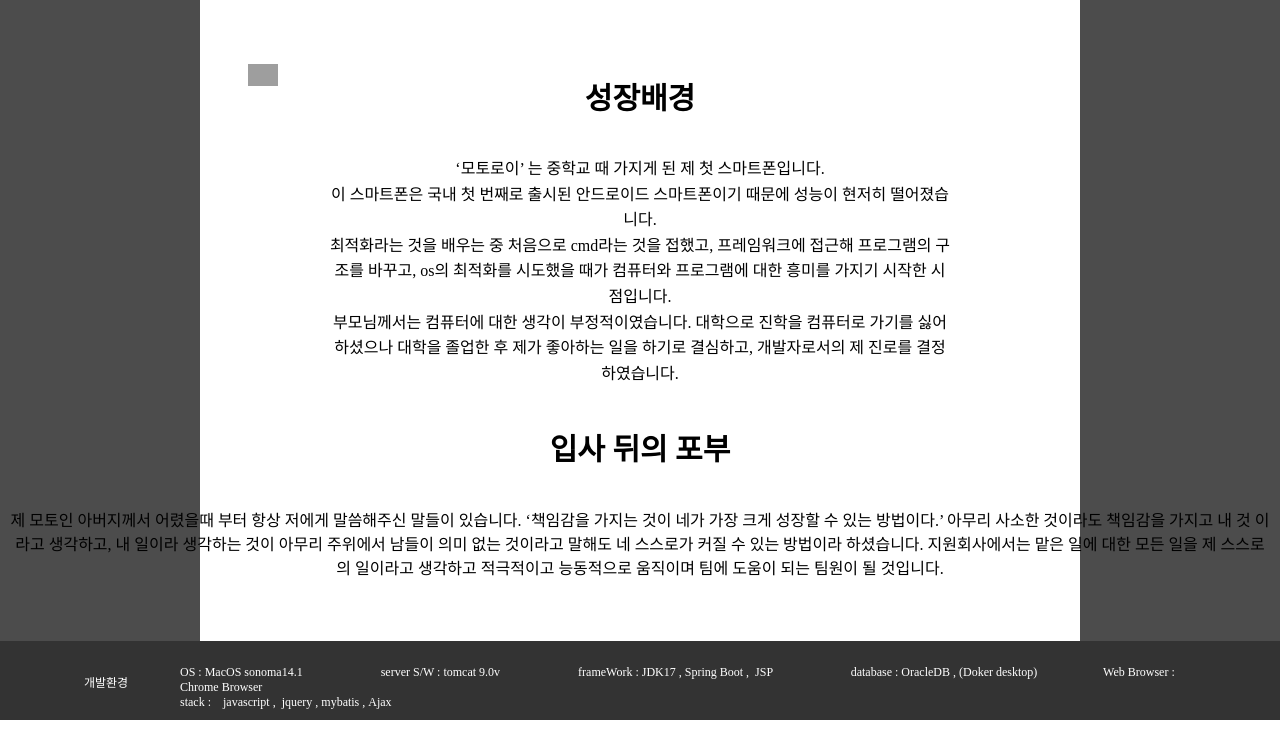
Repository: LeeHaNeul96/Leehaneul
Page: http://localhost/com.introduce/WEB-INF/views/more2.jsp
The author's editor kept a copy of each file at every save. The page is drawn from the files as they stood at one save, then again after the next save.
The browser window is 1280 px wide. The pictures show the whole page.
Pictures or frames that could not be fetched are drawn as grey boxes. The page is served by Tomcat 9. Nobody is signed in. The template is opened directly, without the code that normally fills it, so the values that code supplies are empty.

Above is the page before, as saved 2023-10-31 10:24:29.

### com.introduce/src/main/webapp/WEB-INF/views/more2.jsp
<%@ page language="java" contentType="text/html; charset=UTF-8"
    pageEncoding="UTF-8"%>
<!DOCTYPE html>
<html>
<head>
<meta charset="UTF-8">
<title>Insert title here</title>
<script src="https://code.jquery.com/jquery-3.6.0.min.js"></script>

<style type="text/css">
.footer {
	text-align: center;
	padding: 2em 0;
	background-color: #333;
	color: #fff;
	position: fixed;
	bottom: 0;
	left: 0; /* 왼쪽 위치를 0으로 설정합니다. */
	height: 15px;
	width: 100%;
	margin: 0; /* 마진을 0으로 설정합니다. */
}

.footer-dev {
	font-size: 12px;
	text-align: left;
	padding-left: 7em;
}

.footer-content {
	position: absolute; /* 절대 위치 설정 */
	top: 1em; /* 위쪽으로 1em 이동 */
	padding: 1em 8em; /* 양 옆 여백을 설정합니다. */
	height: 200px;
}

.container{
margin-top: 3em;
margin-bottom: 10em;

text-align: center;


}
.left-margin {
 background-color: rgba(0, 0, 0, 0.7); /* 알파 값을 조절하여 투명도 설정 */

    height: 100%;
    width: 200px; /* 원하는 너비로 조절하세요. */
    position: fixed;
    top: 0;
    left: 0;
    z-index: -1;
}

/* 오른쪽 여백 스타일 */
.right-margin {
 background-color: rgba(0, 0, 0, 0.7); /* 알파 값을 조절하여 투명도 설정 */
    height: 100%;
    width: 200px; /* 원하는 너비로 조절하세요. */
    position: fixed;
    top: 0;
    right: 0;
    z-index: -1;
}

h1 {
    font-size: 36px; /* 예를 들어, 원하는 크기로 설정 */
    transition: font-size 1s; /* 글씨 크기 변경에 애니메이션 적용 (선택사항) */
}
h2{
margin-top: 0;

}

.content{
text-align: center;
margin-right: 20em;
margin-left: 20em;
line-height: 1.6;
}
</style>
</head>
<body>
<script>
$(function() {
    // 모든 h2 태그를 선택하여 배열로 저장합니다.
    var $h1Elements = $("h1");

    // 초기에 모든 h2 태그의 크기를 설정합니다.
    $h1Elements.css("font-size", "40px");

    // 1초(1000 밀리초)마다 h2 태그 배열을 순회하면서 글꼴 크기를 작게 설정합니다.
    var index = 0;
    var interval = setInterval(function() {
        if (index < $h1Elements.length) {
            $h1Elements.eq(index).css("font-size", "30px");
            index++;
        } else {
            clearInterval(interval); // 모든 h2 태그를 처리하면 setInterval을 멈춥니다.
        }
    }, 20); // 1초마다 실행
});
</script>


<div class="left-margin"></div>
<div class="right-margin"></div>

<a href="/main/view"><img style="width:30px; text-align:left; margin-left:15em; margin-top: 3em; margin-bottom: -4em;" alt="" src="/images/free-icon-go-back-left-arrow-61022.png"></a>
<div class="container">
<h1> 성장배경 </h1><br>
<div class="content">
‘모토로이’ 는 중학교 때 가지게 된 제 첫 스마트폰입니다.<br>
 이 스마트폰은 국내 첫 번째로 출시된 안드로이드 스마트폰이기 때문에 성능이 현저히 떨어졌습니다. <br>
 최적화라는 것을 배우는 중 처음으로 cmd라는 것을 접했고, 프레임워크에 접근해 프로그램의 구조를 바꾸고, os의 최적화를 시도했을 때가 컴퓨터와 프로그램에 대한 흥미를 가지기 시작한 시점입니다.<br>
부모님께서는 컴퓨터에 대한 생각이 부정적이였습니다. 대학으로 진학을 컴퓨터로 가기를 싫어하셨으나 대학을 졸업한 후 제가 좋아하는 일을 하기로 결심하고, 개발자로서의 제 진로를 결정하였습니다.
</div><br>

<h1>입사 뒤의 포부</h1><br>
<div>
제 모토인 아버지께서 어렸을때 부터 항상 저에게 말씀해주신 말들이 있습니다.
‘책임감을 가지는 것이 네가 가장 크게 성장할 수 있는 방법이다.’
아무리 사소한 것이라도 책임감을 가지고 내 것 이라고 생각하고, 내 일이라 생각하는 것이 아무리 주위에서 남들이 의미 없는 것이라고 말해도 네 스스로가 커질 수 있는 방법이라 하셨습니다.
지원회사에서는 맡은 일에 대한 모든 일을 제 스스로의 일이라고 생각하고 적극적이고 능동적으로 움직이며 팀에 도움이 되는 팀원이 될 것입니다.

</div>
</div>



	<div class="footer">
		<div class="footer-dev">
			개발환경
			<div class="footer-content">
				OS : MacOS sonoma14.1
				&nbsp;&nbsp;&nbsp;&nbsp;&nbsp;&nbsp;&nbsp;&nbsp;&nbsp;&nbsp;&nbsp;&nbsp;&nbsp;&nbsp;&nbsp;&nbsp;&nbsp;&nbsp;&nbsp;&nbsp;&nbsp;&nbsp;&nbsp;&nbsp;
				server S/W : tomcat
				9.0v&nbsp;&nbsp;&nbsp;&nbsp;&nbsp;&nbsp;&nbsp;&nbsp;&nbsp;&nbsp;&nbsp;&nbsp;
				&nbsp;&nbsp;&nbsp;&nbsp;&nbsp;&nbsp;&nbsp;&nbsp;&nbsp;&nbsp;&nbsp;&nbsp;
				frameWork : JDK17&nbsp;,&nbsp;Spring Boot&nbsp;, &nbsp;JSP
				&nbsp;&nbsp;&nbsp;&nbsp;&nbsp;&nbsp;&nbsp;&nbsp;&nbsp;&nbsp;&nbsp;&nbsp;&nbsp;&nbsp;&nbsp;&nbsp;&nbsp;&nbsp;&nbsp;&nbsp;&nbsp;&nbsp;&nbsp;&nbsp;
				database : OracleDB&nbsp;,&nbsp;(Doker desktop)
				&nbsp;&nbsp;&nbsp;&nbsp;&nbsp;&nbsp;&nbsp;&nbsp;&nbsp;&nbsp;&nbsp;&nbsp;&nbsp;&nbsp;&nbsp;&nbsp;&nbsp;&nbsp;&nbsp;&nbsp;
				Web Browser : Chrome Browser<br> stack :&nbsp;&nbsp;&nbsp;
				javascript&nbsp;,&nbsp; jquery&nbsp;,&nbsp;mybatis&nbsp;,&nbsp;Ajax
			</div>
		</div>
	</div>
</body>
</html>

After the next save:
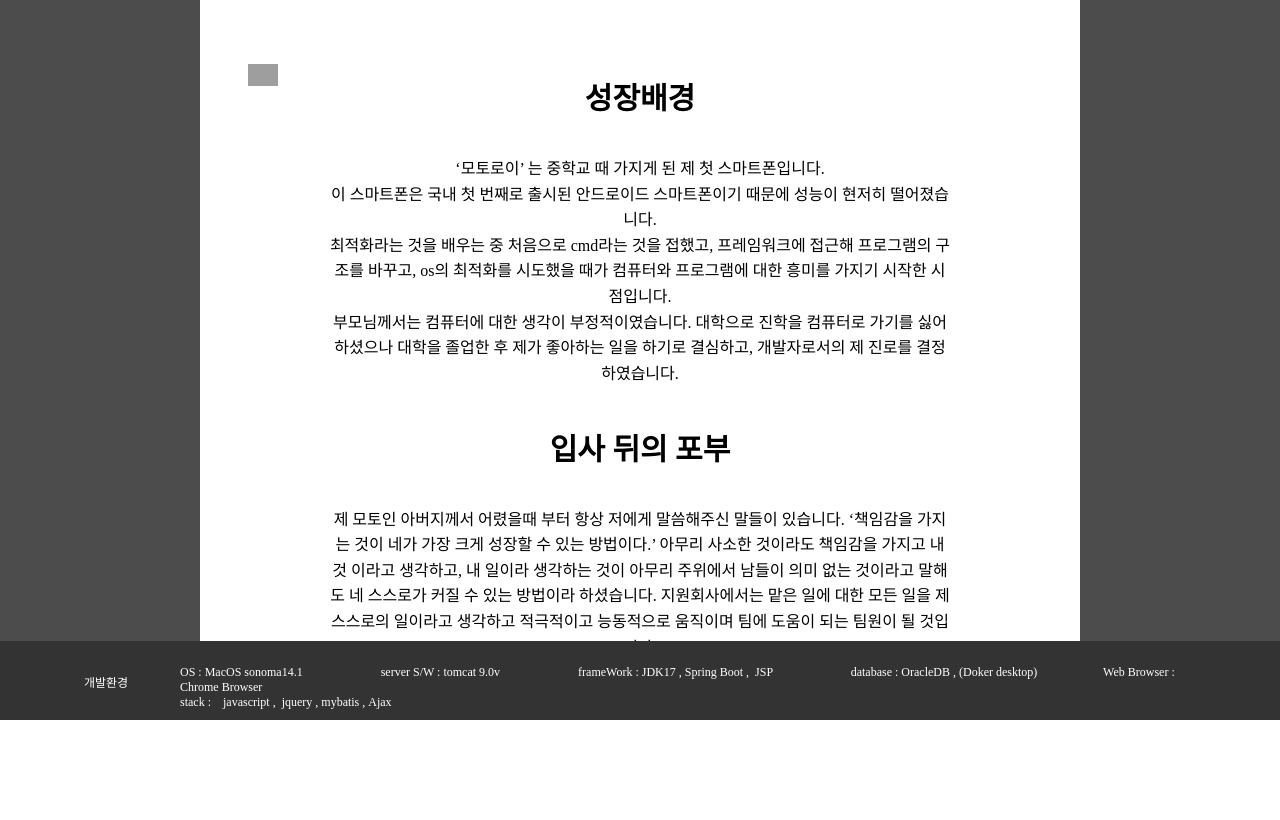
Saved 13 s later.
--- a/com.introduce/src/main/webapp/WEB-INF/views/more2.jsp
+++ b/com.introduce/src/main/webapp/WEB-INF/views/more2.jsp
@@ -118,7 +118,7 @@ $(function() {
 </div><br>
 
 <h1>입사 뒤의 포부</h1><br>
-<div>
+<div class="content">
 제 모토인 아버지께서 어렸을때 부터 항상 저에게 말씀해주신 말들이 있습니다.
 ‘책임감을 가지는 것이 네가 가장 크게 성장할 수 있는 방법이다.’
 아무리 사소한 것이라도 책임감을 가지고 내 것 이라고 생각하고, 내 일이라 생각하는 것이 아무리 주위에서 남들이 의미 없는 것이라고 말해도 네 스스로가 커질 수 있는 방법이라 하셨습니다.
